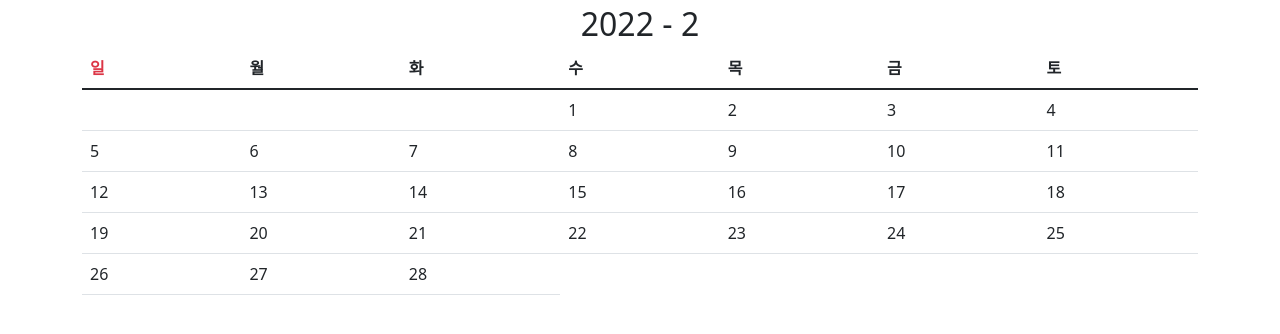
Repository: Visionary1/fullstack-dev-study
Page: http://localhost/Test/lesson02/quiz10.jsp
An editor plug-in stored every save of this project. The page is shown before and after the next save, followed by the edit.
The browser window is 1280 px wide. The pictures show the whole page.
The page is served by Tomcat 9.

Above is the page before, as saved 2022-02-13 18:04:44.

After the next save:
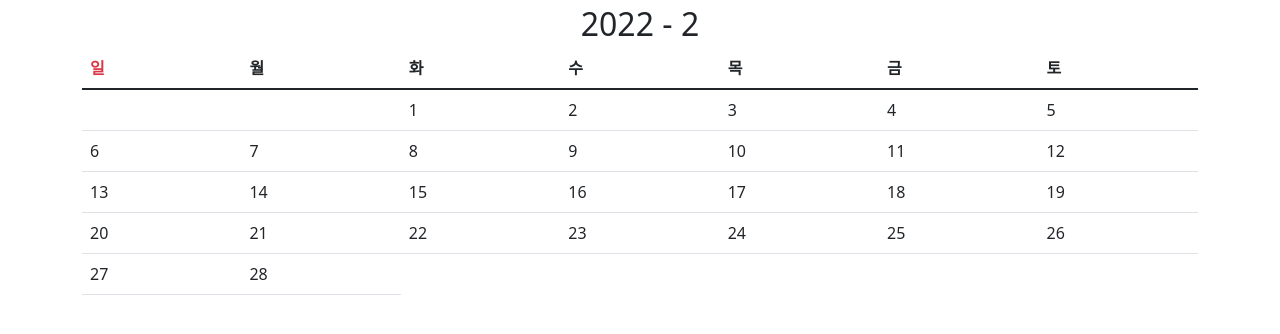
Saved 3 min 3 s later.
--- a/4_servlet/workspace/Test/src/main/webapp/lesson02/quiz10.jsp
+++ b/4_servlet/workspace/Test/src/main/webapp/lesson02/quiz10.jsp
@@ -70,7 +70,7 @@
 		%>
 				<td>
 		<%
-				if (week < (i * 7 + j)) {
+				if (week <= (i * 7 + j)) {
 		%>
 					<%= counter %>
 		<%
